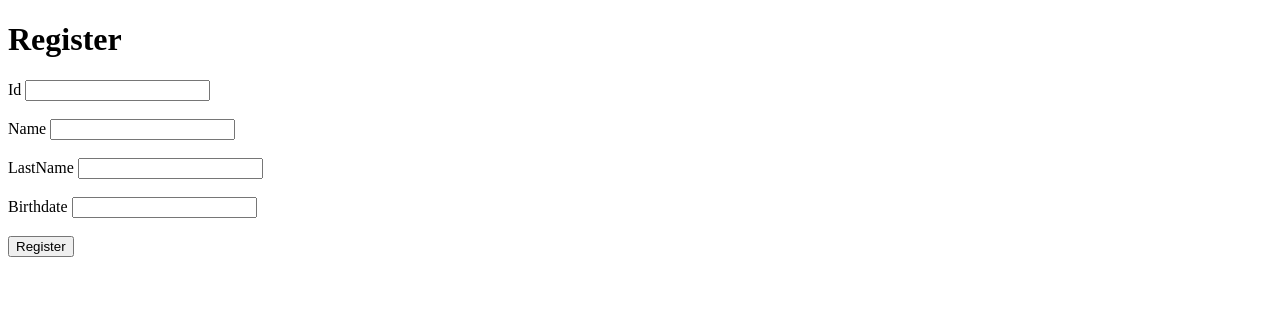
Repository: JavierGonzalez40/repo-aws-15
Page: templates/register.html
The author's editor kept a copy of each file at every save. The page is drawn from the files as they stood at one save, then again after the next save.
The browser window is 1280 px wide. The pictures show the whole page.

Above is the page before, as saved 2024-09-10 00:42:53.

After the next save:
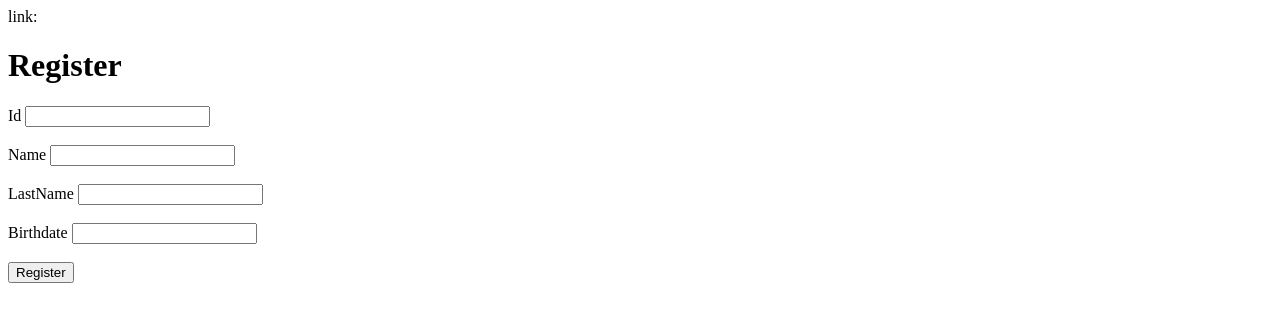
Saved 50 s later.
--- a/templates/register.html
+++ b/templates/register.html
@@ -4,6 +4,7 @@
 <head>
     <meta charset="UTF-8">
     <meta name="viewport" content="width=device-width, initial-scale=1.0">
+    link:
     <title>Document</title>
 </head>
 

After the save that followed:
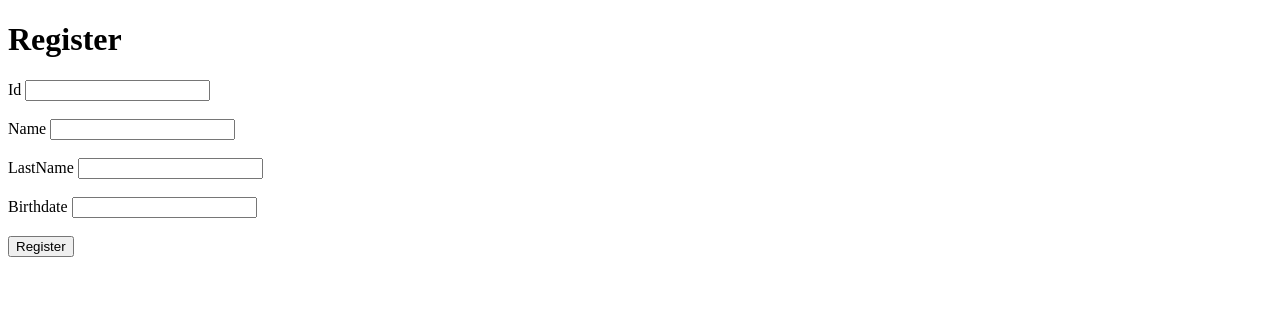
Saved 57 s later.
--- a/templates/register.html
+++ b/templates/register.html
@@ -4,7 +4,7 @@
 <head>
     <meta charset="UTF-8">
     <meta name="viewport" content="width=device-width, initial-scale=1.0">
-    link:
+    <link rel="">
     <title>Document</title>
 </head>
 
